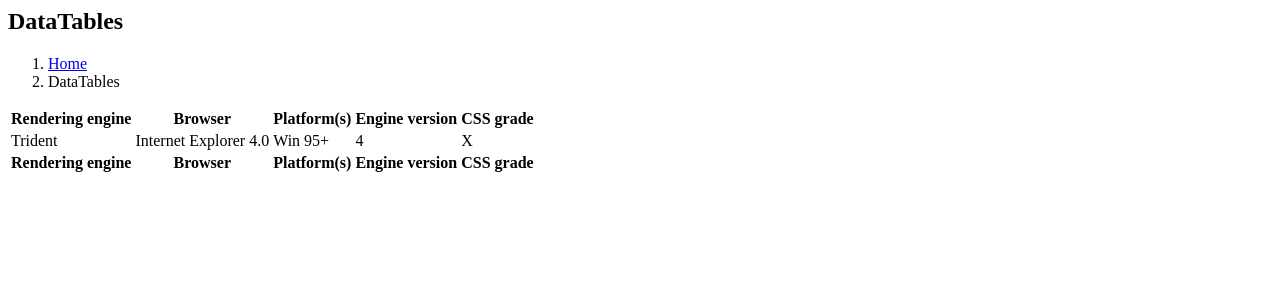
Repository: NguyenTranBaoKhanh/BKShop
Page: http://localhost/App/Views/admin/sanpham/index.php
These files come from the project's save history. The page is drawn as it stood at one moment and after a run of saves; the edit follows.
The browser window is 1280 px wide. The pictures show the whole page.
The page is run by PHP 8.4 with error messages shown; the project is at /var/www/html/.

Above is the page before, as saved 2021-10-30 22:04:27.

After the next 2 saves:
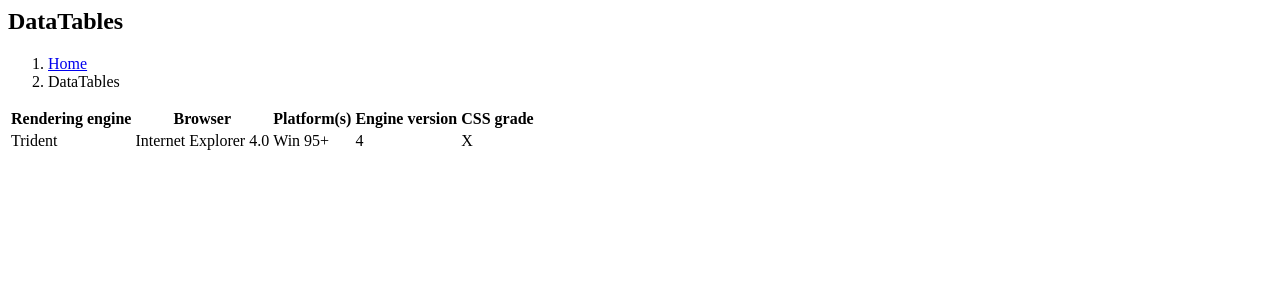
The 2 saves are shown as one change because they came seconds apart.
The last was saved 17 s later.
--- a/App/Views/admin/sanpham/index.php
+++ b/App/Views/admin/sanpham/index.php
@@ -39,7 +39,7 @@
                 </tr>
               </thead>
               <tbody>
-              <tr>
+                <tr>
                   <td>Trident</td>
                   <td>Internet
                     Explorer 4.0
@@ -49,15 +49,7 @@
                   <td>X</td>
                 </tr>
               </tbody>
-              <tfoot>
-                <tr>
-                  <th>Rendering engine</th>
-                  <th>Browser</th>
-                  <th>Platform(s)</th>
-                  <th>Engine version</th>
-                  <th>CSS grade</th>
-                </tr>
-              </tfoot>
+
             </table>
           </div>
           <!-- /.card-body -->
